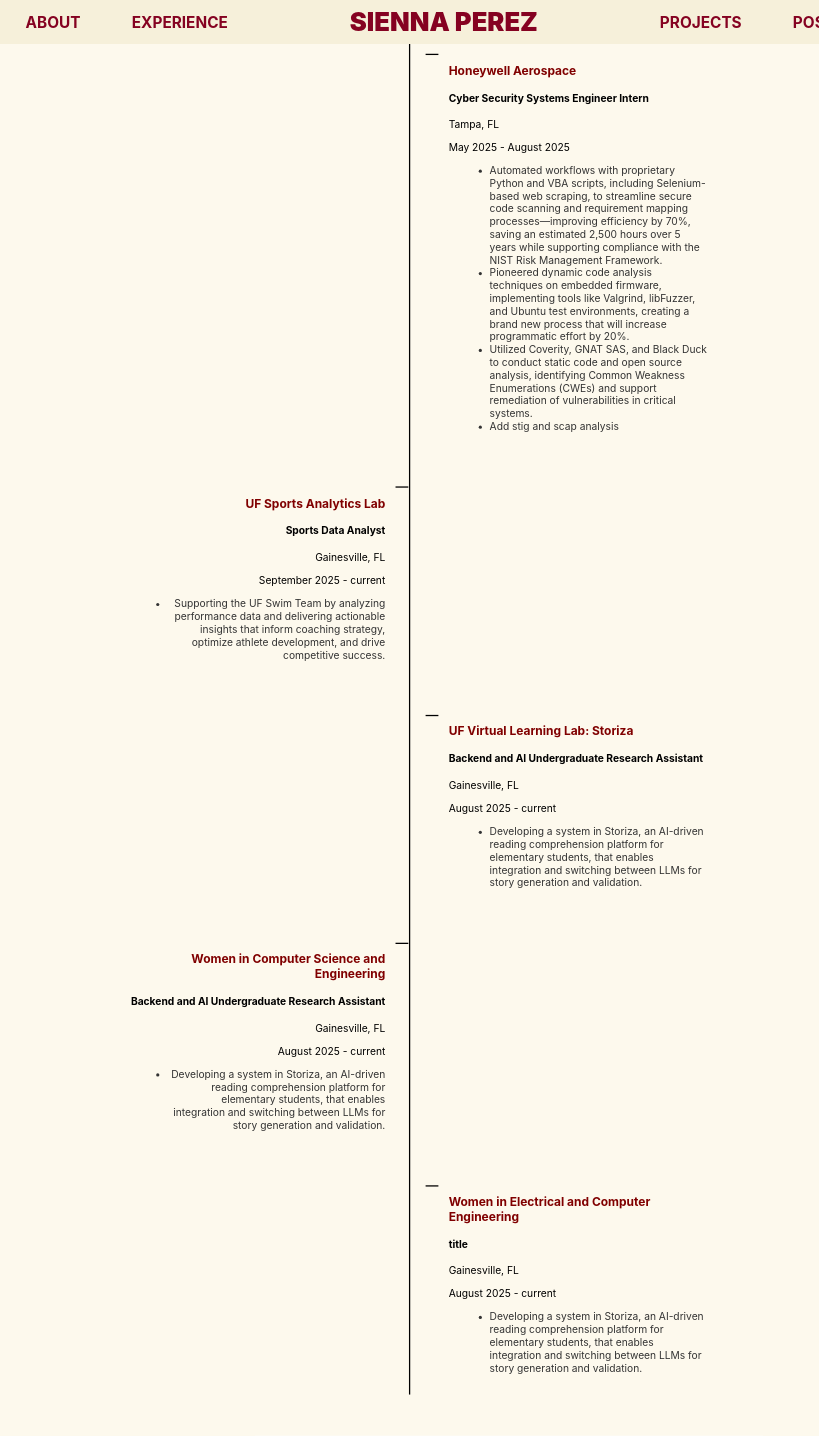
Repository: siennaperez/siennaperezweb
Page: /experience
The author's editor kept a copy of each file at every save. The page is drawn from the files as they stood at one save, then again after the next save.
The browser window is 1280 px wide. The pictures show the whole page, at 64% of full size.
The project was rebuilt for these pictures with package versions that can differ from the ones it lists, and the page was loaded fresh each time. Also part of the build but not shown: src/App.css, src/pages/About.css, src/pages/About.js, src/pages/Home.js.

Above is the page before, as saved 2025-09-21 15:27:24.

After the next save:
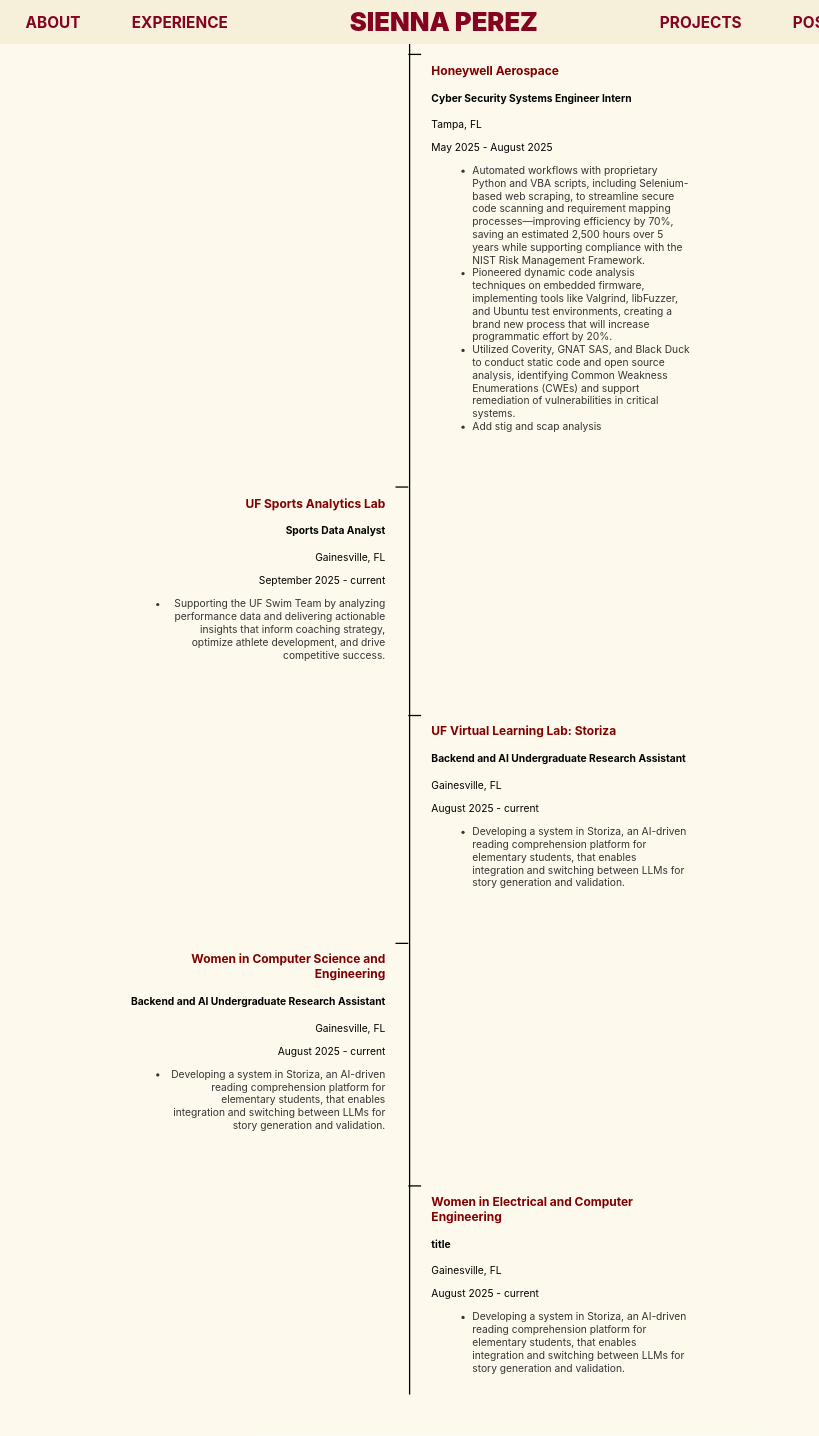
Saved 11 s later.
--- a/src/pages/Experience.css
+++ b/src/pages/Experience.css
@@ -47,7 +47,7 @@
 
 .timeline-item.right {
   text-align: left;
-  left: 55%;
+  left: 52%;
 }
 
 /* Add connector line */
